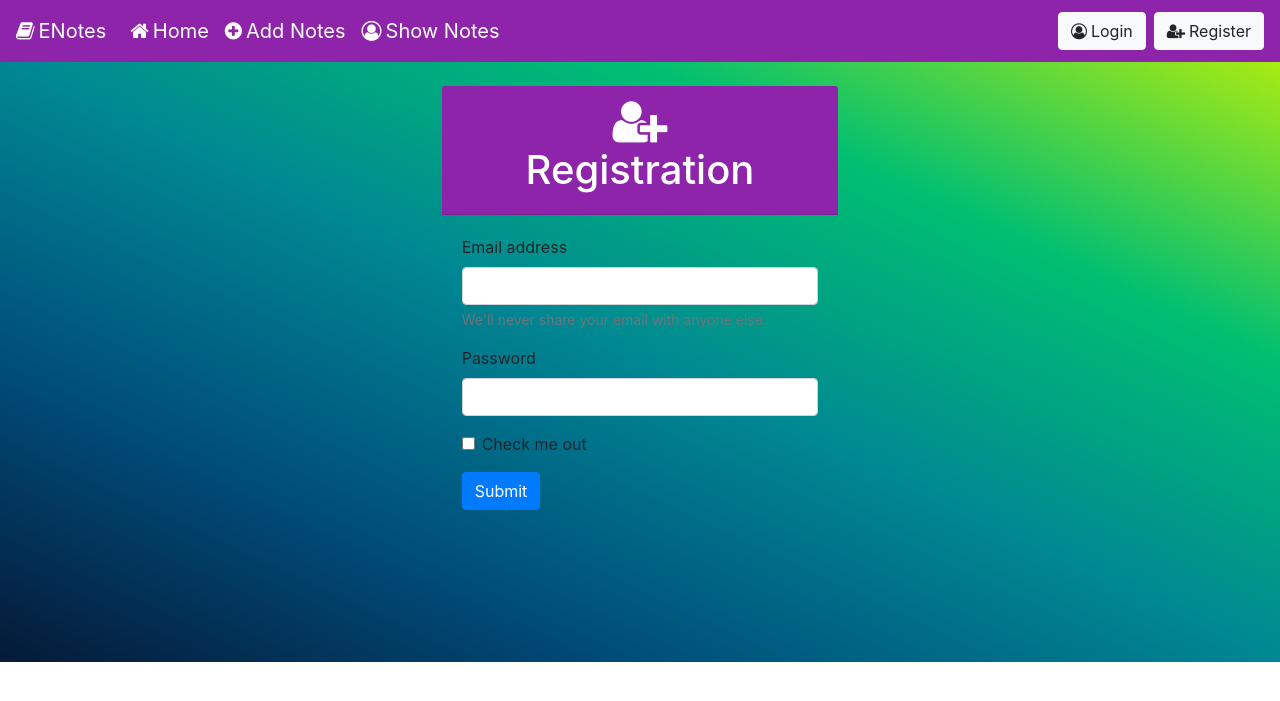
Repository: Bansal140899/eclipse-workspace
Page: http://localhost/ENotesProject/register.jsp
An editor plug-in stored every save of this project. The page is shown before and after the next save, followed by the edit.
The browser window is 1280 px wide. The pictures show the whole page.
The page is served by Tomcat 9. Other server files are loaded and not shown.

Above is the page before, as saved 2025-12-21 22:05:34.

### ENotesProject/src/main/webapp/register.jsp
<%@ page language="java" contentType="text/html; charset=UTF-8"
	pageEncoding="UTF-8"%>
<!DOCTYPE html PUBLIC "-//W3C//DTD HTML 4.01 Transitional//EN" "http://www.w3.org/TR/html4/loose.dtd">
<html>
<head>
<meta http-equiv="Content-Type" content="text/html; charset=UTF-8">
<title>Register Page</title>
</head>
<body>
	<%@include file="All_Component/allcss.jsp"%>
	<%@include file="All_Component/navbar.jsp"%>
	<div class="container-fluid div-color">
		<div class="row">
			<div class="col-md-4 offset-md-4">
              <div  class="text-center text-white mt-4">

				<div class="card-header text-center text-white bg-custom">
				   <i class="fa fa-user-plus fa-3x" aria-hidden="true"></i>
				   <h1>Registration</h1>

				 </div>

				</div>
				<div class="card-body">
				<form>
					<div class="form-group">
						<label for="exampleInputEmail1">Email address</label> <input
							type="email" class="form-control" id="exampleInputEmail1"
							aria-describedby="emailHelp"> <small id="emailHelp"
							class="form-text text-muted">We'll never share your email
							with anyone else.</small>
					</div>
					<div class="form-group">
						<label for="exampleInputPassword1">Password</label> <input
							type="password" class="form-control" id="exampleInputPassword1">
					</div>
					<div class="form-group form-check">
						<input type="checkbox" class="form-check-input" id="exampleCheck1">
						<label class="form-check-label" for="exampleCheck1">Check
							me out</label>
					</div>
					<button type="submit" class="btn btn-primary">Submit</button>
				</form>


				</div>
				</div>

			</div>

		</div>


	</div>
</body>
</html>

### ENotesProject/src/main/webapp/All_Component/allcss.jsp
<link rel="stylesheet"
	href="https://cdn.jsdelivr.net/npm/bootstrap@4.6.2/dist/css/bootstrap.min.css"
	integrity="sha384-xOolHFLEh07PJGoPkLv1IbcEPTNtaed2xpHsD9ESMhqIYd0nLMwNLD69Npy4HI+N"
	crossorigin="anonymous">

<link rel="stylesheet"
	href="https://cdnjs.cloudflare.com/ajax/libs/font-awesome/4.7.0/css/font-awesome.min.css">
<link rel="stylesheet" href="css/style.css">

<script
	src="https://cdn.jsdelivr.net/npm/jquery@3.5.1/dist/jquery.slim.min.js"
	integrity="sha384-DfXdz2htPH0lsSSs5nCTpuj/zy4C+OGpamoFVy38MVBnE+IbbVYUew+OrCXaRkfj"
	crossorigin="anonymous"></script>
<script
	src="https://cdn.jsdelivr.net/npm/popper.js@1.16.1/dist/umd/popper.min.js"
	integrity="sha384-9/reFTGAW83EW2RDu2S0VKaIzap3H66lZH81PoYlFhbGU+6BZp6G7niu735Sk7lN"
	crossorigin="anonymous"></script>
<script
	src="https://cdn.jsdelivr.net/npm/bootstrap@4.6.2/dist/js/bootstrap.min.js"
	integrity="sha384-+sLIOodYLS7CIrQpBjl+C7nPvqq+FbNUBDunl/OZv93DB7Ln/533i8e/mZXLi/P+"
	crossorigin="anonymous"></script>

### ENotesProject/src/main/webapp/All_Component/navbar.jsp
<nav class="navbar navbar-expand-lg navbar-dark bg-custom navbar-custom">
  <a class="navbar-brand" href="#"><i class="fa fa-book mr-1" aria-hidden="true"></i>ENotes</a>
  <button class="navbar-toggler" type="button" data-toggle="collapse" data-target="#navbarSupportedContent" aria-controls="navbarSupportedContent" aria-expanded="false" aria-label="Toggle navigation">
    <span class="navbar-toggler-icon"></span>
  </button>

  <div class="collapse navbar-collapse" id="navbarSupportedContent">
    <ul class="navbar-nav mr-auto">
      <li class="nav-item active">
        <a class="nav-link" href="#"><i class="fa fa-home mr-1" aria-hidden="true"></i>Home <span class="sr-only">(current)</span></a>
      </li>
      <li class="nav-item">
        <a class="nav-link" href="#"><i class="fa fa-plus-circle mr-1" aria-hidden="true"></i>Add Notes</a>
      </li>

      <li class="nav-item">
        <a class="nav-link"><i class="fa fa-user-circle-o mr-1" aria-hidden="true"></i>Show Notes</a>
      </li>
    </ul>

      <button class="btn btn-light my-2 my-sm-0 mr-2" type="submit"><i class="fa fa-user-circle-o mr-1" aria-hidden="true"></i>Login</a>
      <button class="btn btn-light my-2 my-sm-0" type="submit"><i class="fa fa-user-plus mr-1" aria-hidden="true"></i>Register</a>

  </div>
</nav>

### ENotesProject/src/main/webapp/css/style.css
.bg-custom{
	background:#8e24aa;
}
.navbar .nav-item .nav-link{
	font-size:20px;
	color:white;
}

.navbar-custom .nav-item:hover .nav-link{
	background:white;
	color:black;
    border-radius:10px;
}

.div-color{
	background-image: linear-gradient(to right top, #051937, #004d7a, #008793, #00bf72, #a8eb12);
	height:600px;
}

After the next save:
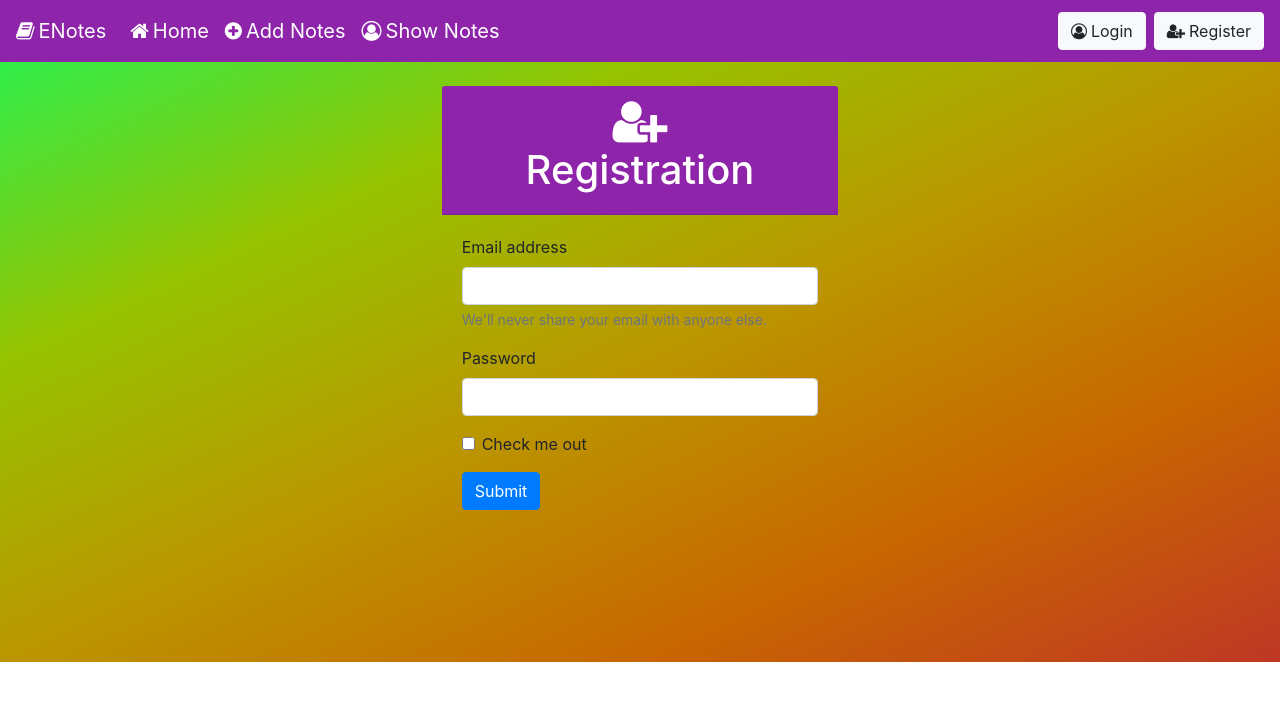
Saved 3 min 19 s later.
--- a/ENotesProject/src/main/webapp/css/style.css
+++ b/ENotesProject/src/main/webapp/css/style.css
@@ -13,6 +13,6 @@
 }
 
 .div-color{
-	background-image: linear-gradient(to right top, #051937, #004d7a, #008793, #00bf72, #a8eb12);
+	background-image: linear-gradient(to right top, #051937, #004d7a, #008793, #00bf72, #a8eb12);background-image: linear-gradient(to right bottom, #30ed49, #96c300, #bb9600, #c86600, #bf3725);
 	height:600px;
 }
